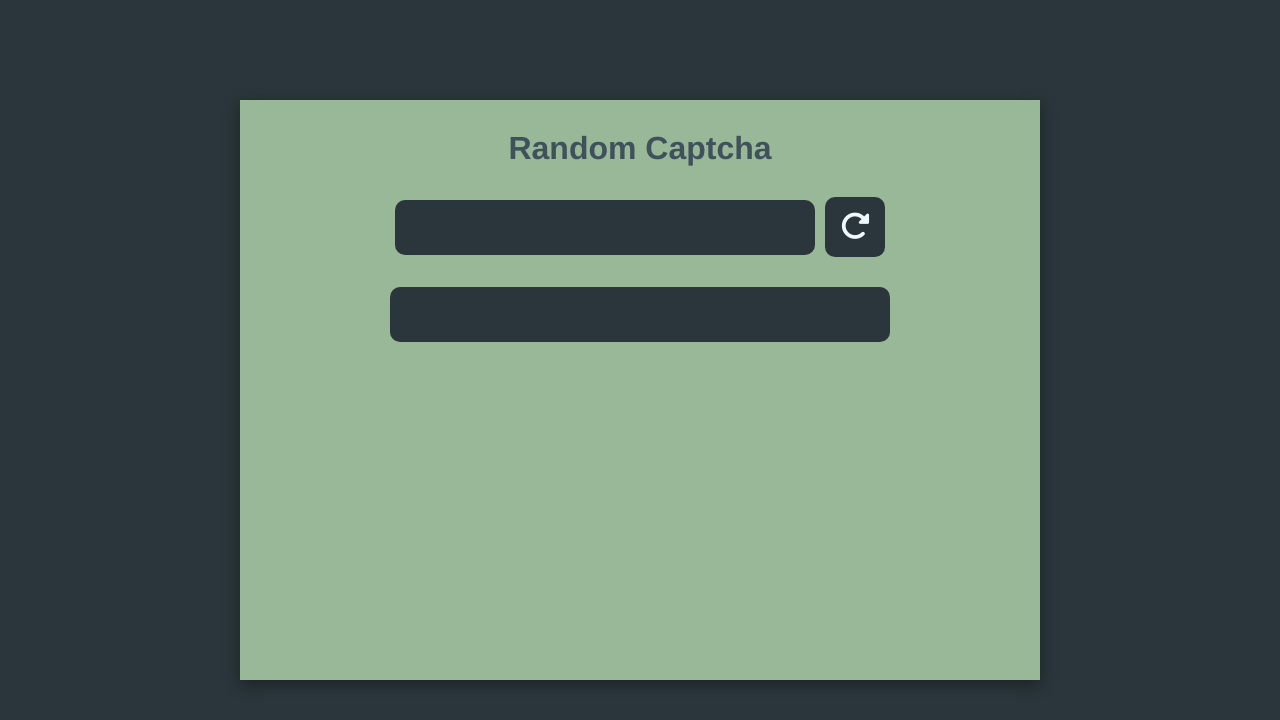
Repository: Aditya0377/Assignments
Page: Assignment/javascript practise/captcha.html
An editor plug-in stored every save of this project. The page is shown before and after a run of saves, followed by the edit.
The browser window is 1280 px wide. The pictures show the whole page.
Some web libraries are served in a nearby version.

Above is the page before, as saved 2024-03-29 17:20:36.

After the next 2 saves:
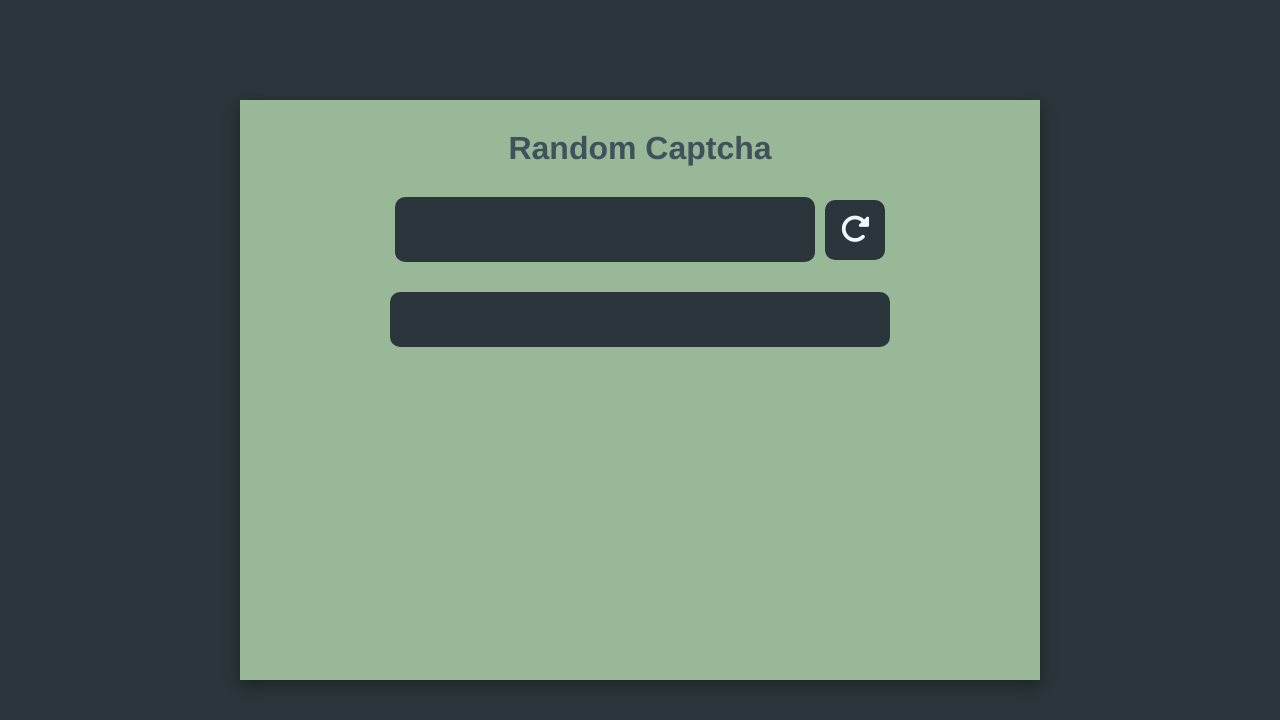
The 2 saves are shown as one change because they came seconds apart.
The last was saved 12 s later.
--- a/Assignment/javascript practise/captcha.html
+++ b/Assignment/javascript practise/captcha.html
@@ -51,7 +51,7 @@
             font-size: 30px;
             color: #ff847c;
             padding-left: 20px;
-            padding-bottom: 0px;
+            padding-top: 10px;
 
         }
 
